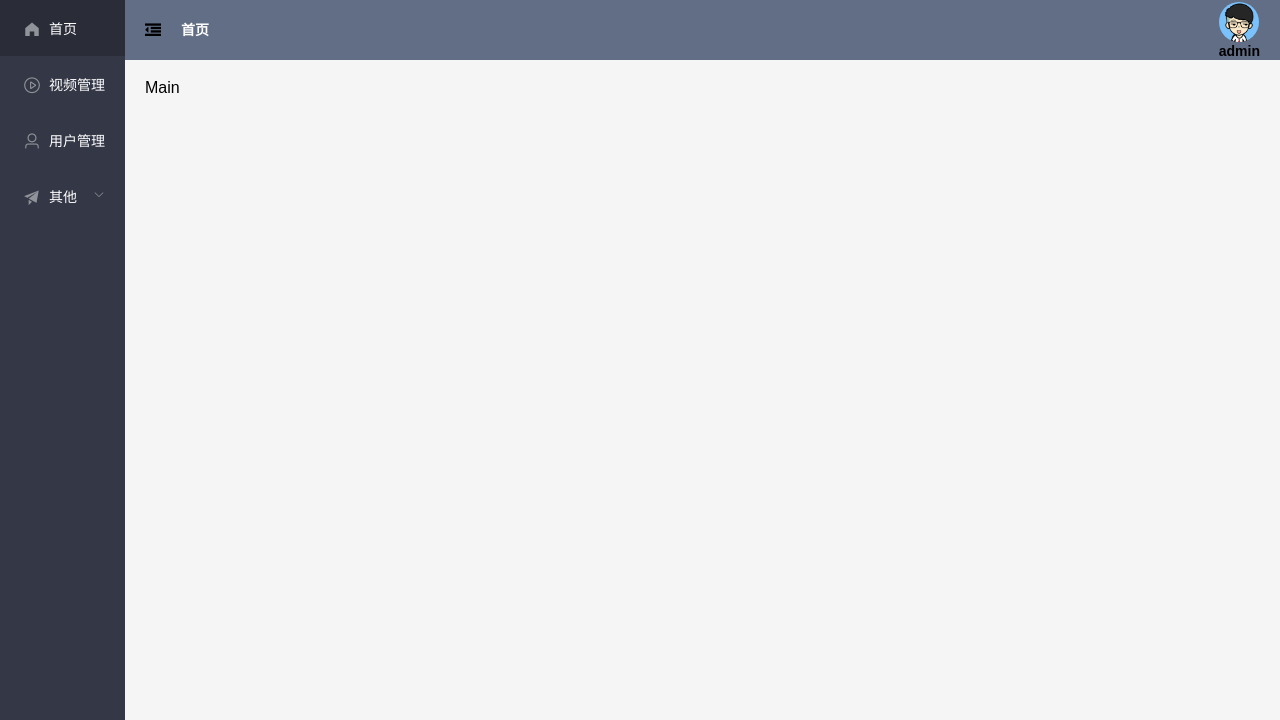
Repository: coWhy/vue-manage
Page: /
These files come from the project's save history. The page is drawn as it stood at one moment and after the next save; the edit follows.
The browser window is 1280 px wide. The pictures show the whole page.
The project was rebuilt for these pictures with package versions that can differ from the ones it lists, and the page was loaded fresh each time. Also part of the build but not shown: vue.config.js.

Above is the page before, as saved 2020-04-13 20:29:12.

After the next save:
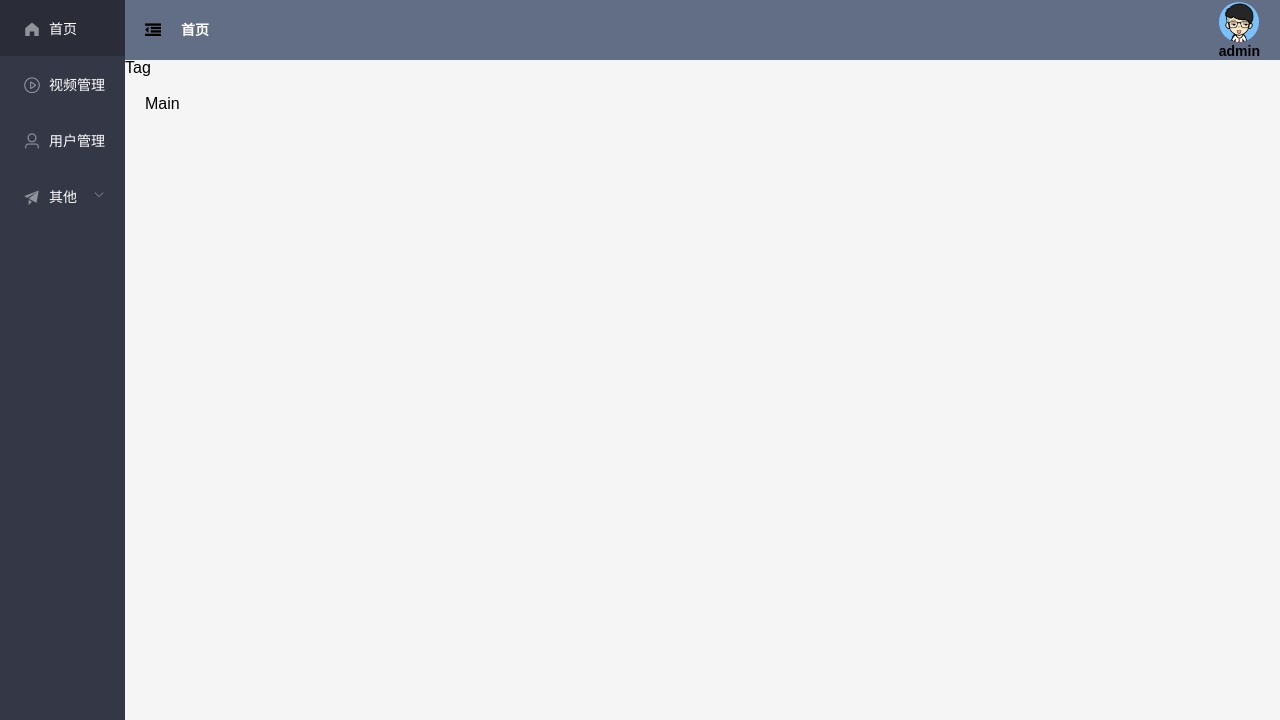
Saved 12 s later.
--- a/src/views/layout/index.vue
+++ b/src/views/layout/index.vue
@@ -10,7 +10,7 @@
         <common-header></common-header>
       </el-header>
       <!-- Tab标签 -->
-      <!-- <common-tab class="tab"></common-tab> -->
+      <common-tag class="tag"></common-tag>
       <!-- 主体 -->
       <el-main>
         Main

After the save that followed:
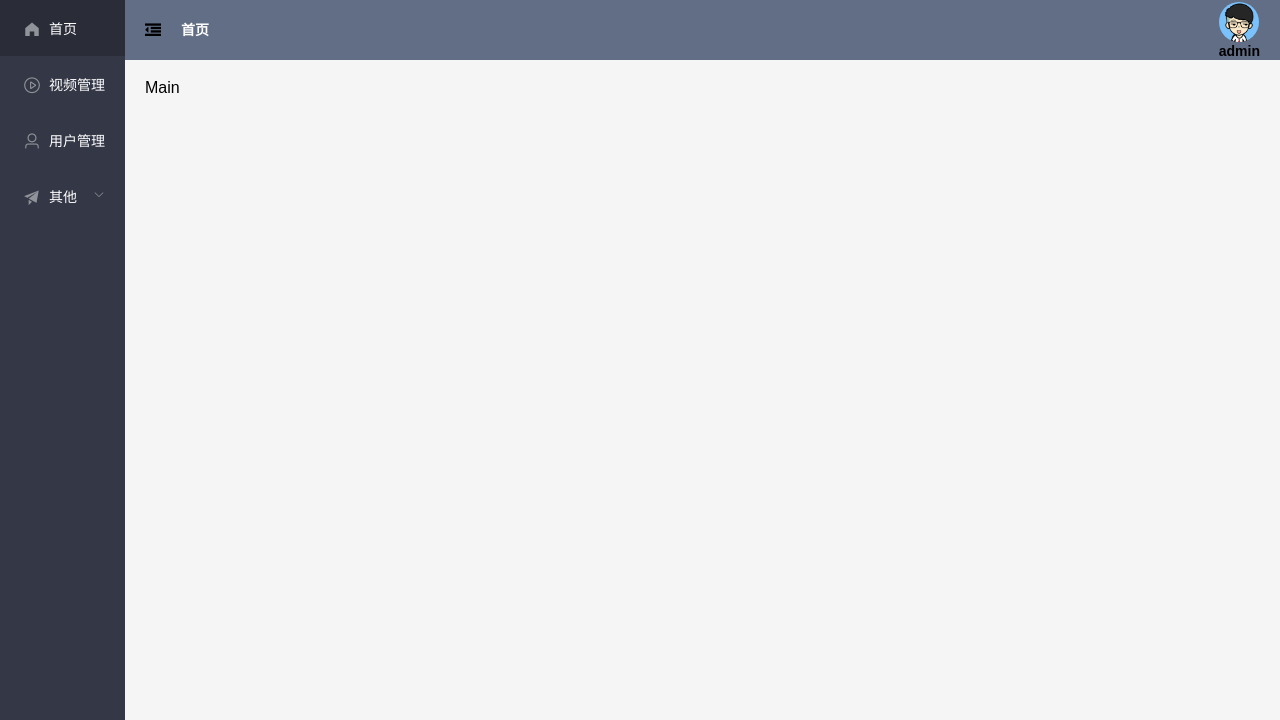
Saved 36 s later.
--- a/src/views/layout/components/tag/index.vue
+++ b/src/views/layout/components/tag/index.vue
@@ -1,7 +1,7 @@
 <template>
-  <div>
-    Tag
-  </div>
+  <!--  tabs标签
+  不是首页才可以关闭
+  -->
 </template>
 
 <script>
